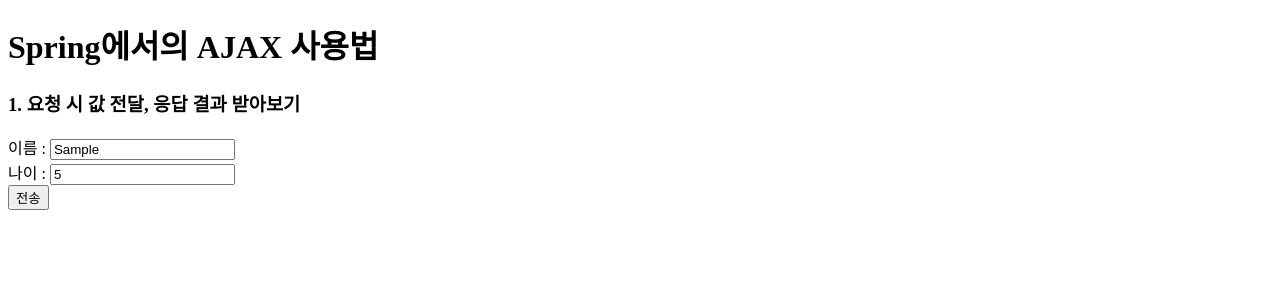
Repository: 1400CP/08_spring-workspace
Page: http://localhost/ajaxProject/
These files come from the project's save history. The page is drawn as it stood at one moment and after the next save; the edit follows.
The browser window is 1280 px wide. The pictures show the whole page.
Empty fields were first filled with sample values (such as "Sample", 5 or name@example.com).
After loading, the first visible `button` was clicked once.
The page is served by Tomcat 9.

Above is the page before, as saved 2025-04-18 00:42:17.

After the next save:
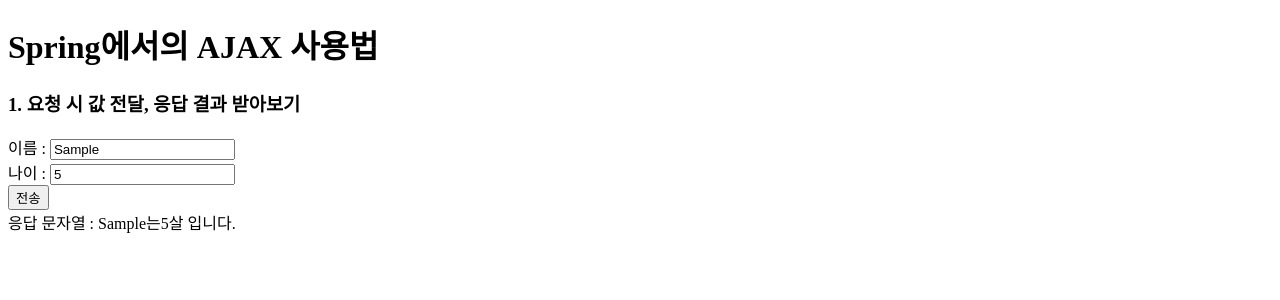
Saved 24 s later.
--- a/ajaxProject/src/main/webapp/index.jsp
+++ b/ajaxProject/src/main/webapp/index.jsp
@@ -31,6 +31,7 @@
 				},
 				success:function(result){
 					console.log(result)
+					$("#result1").text(result);
 				},
 				error:function(){
 					console.log("ajax 통신 실패!")
